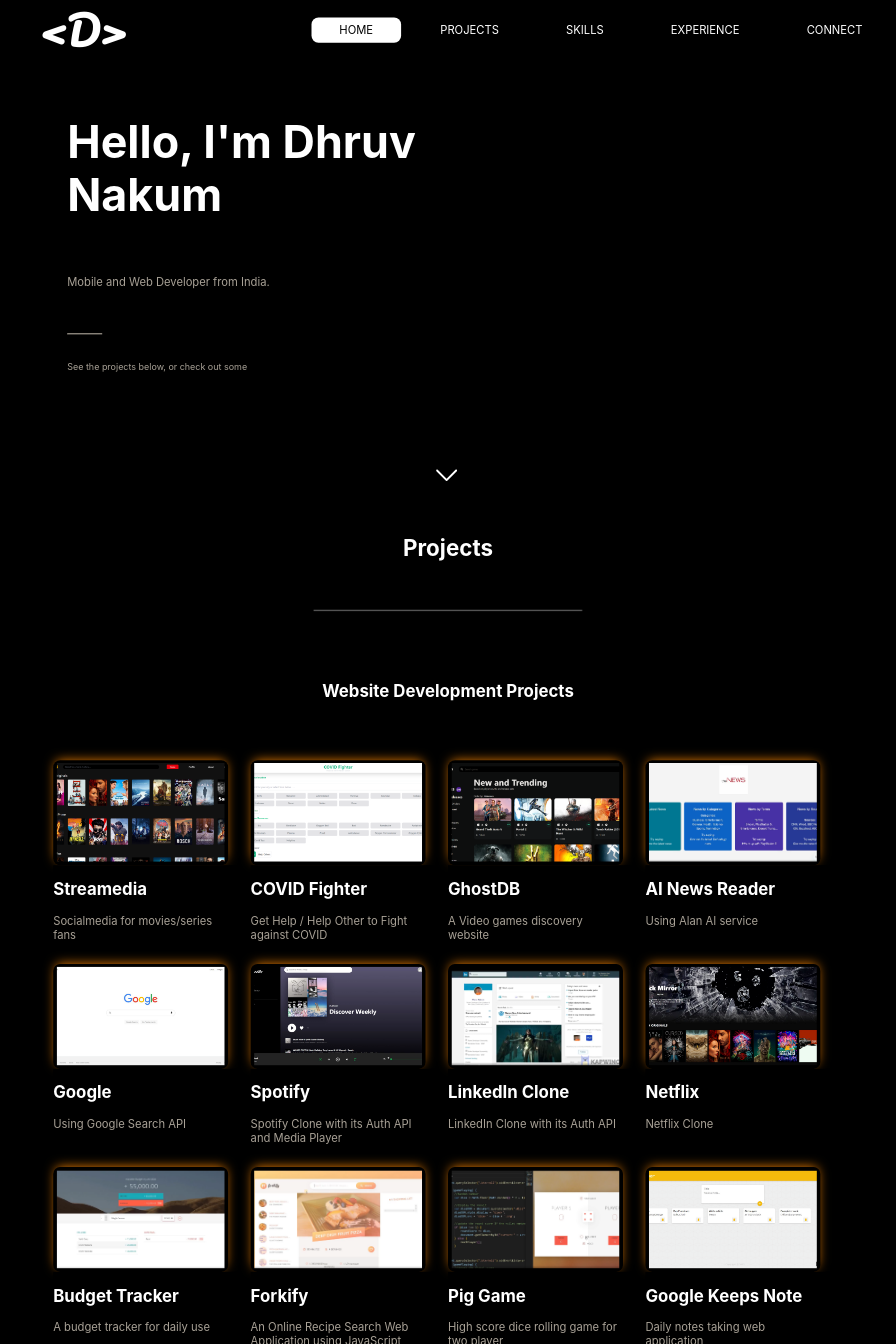
Repository: red-star25/next-portfolio
Page: /
These files come from the project's save history. The page is drawn as it stood at one moment and after the next save; the edit follows.
The browser window is 1280 px wide. The pictures show the part of the page from y = 0 to 1920 px (the page is 5386 px tall), at 70% of full size.
The project was rebuilt for these pictures with package versions that can differ from the ones it lists, and the page was loaded fresh each time. The framework's server and built-in components were replaced by stand-ins that run in the browser.

Above is the page before, as saved 2023-11-06 11:20:44.

After the next save:
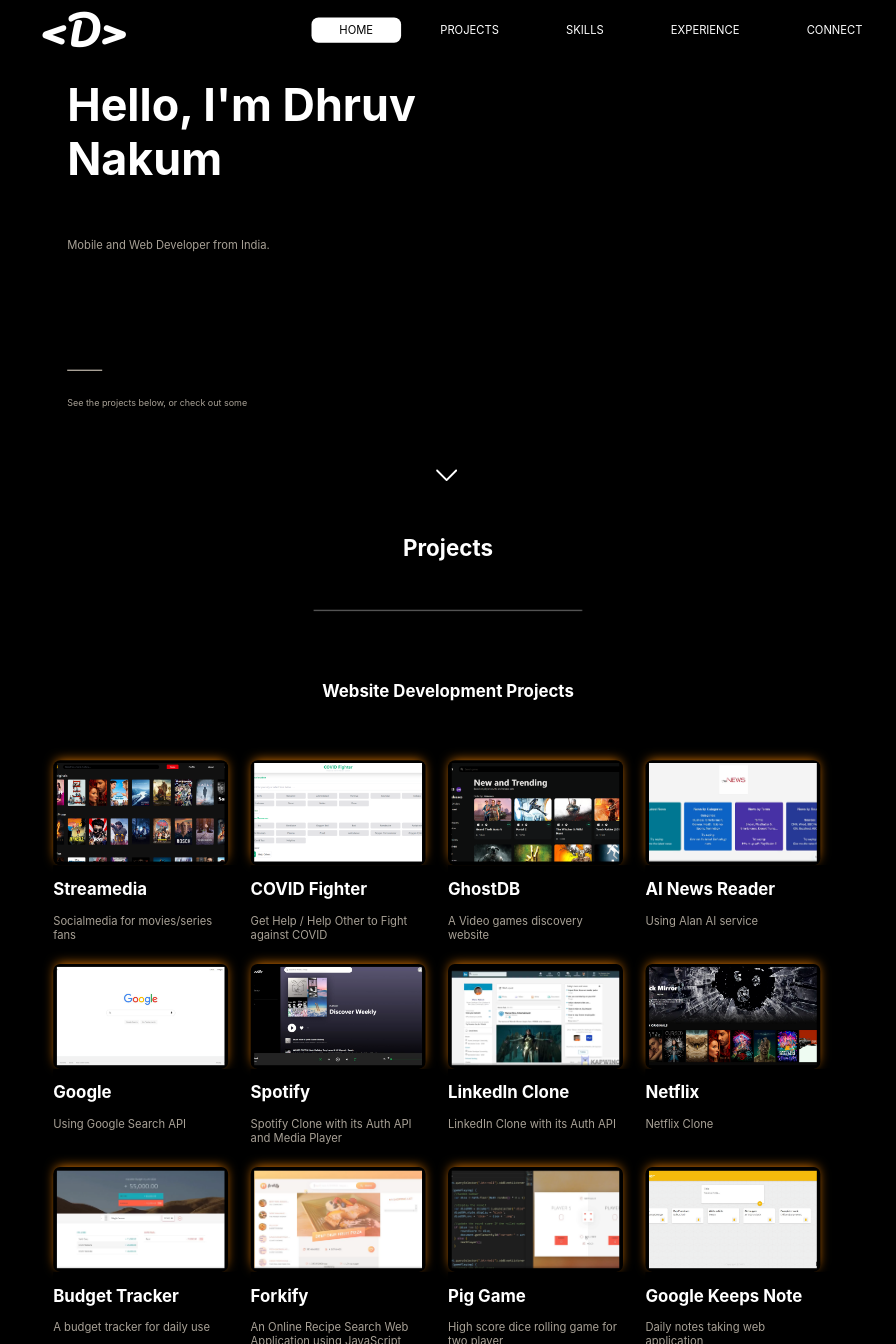
Saved 2 s later.
--- a/component/Home/Home.jsx
+++ b/component/Home/Home.jsx
@@ -31,6 +31,14 @@
         <div className={styles.home__subtitle}>
           <p>Mobile and Web Developer from India.</p>
         </div>
+        <div style={{ marginTop: "2em" }}></div>
+        <div className="resume_btn">
+          <a href="https://drive.google.com/file/d/1vIg0jRUwXptqm2S09jY5MFjWA6coCvS4/view?usp=sharing" download="Dhruv's Resume" target="_blank" rel="noreferrer">Download Resume</a>
+        </div>
+        <div style={{ marginTop: "2em" }}></div>
+        <div className="blog_btn">
+          <a href="https://dhruvnakum.xyz" target="_blank" rel="noreferrer">Visit Blog ↗</a>
+        </div>
         <div className={styles.separator}></div>
         <div className={styles.home__subtitle2}>
           <p>See the projects below, or check out some</p>
